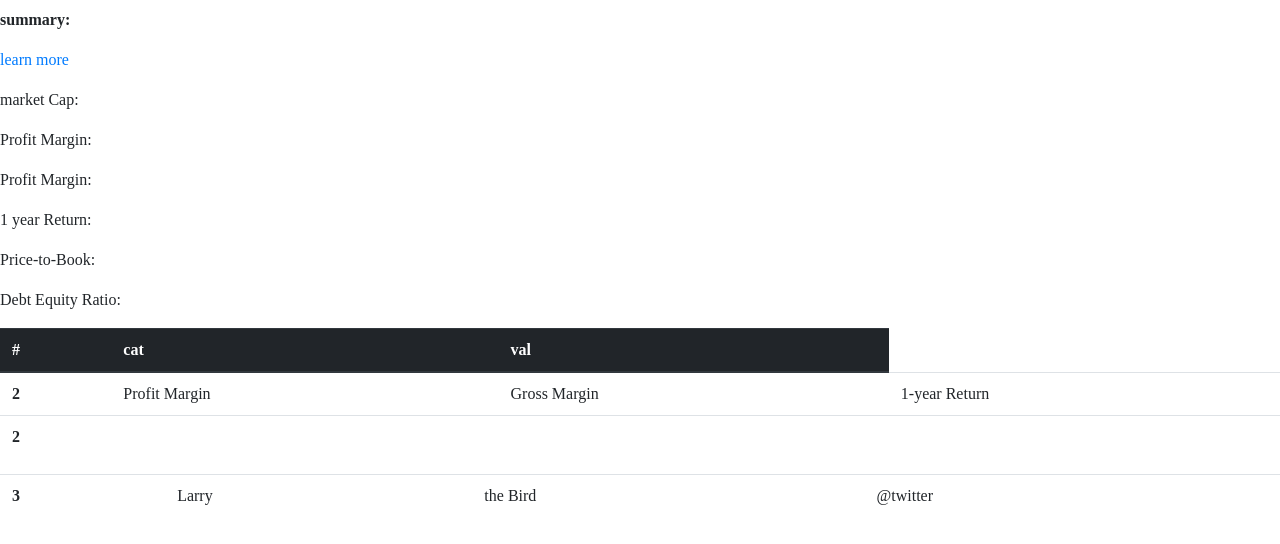
Repository: brendan12372/theSite
Page: topTen/templates/stocks/stock_detail.html
The author's editor kept a copy of each file at every save. The page is drawn from the files as they stood at one save, then again after the next save.
The browser window is 1280 px wide. The pictures show the whole page.
Some web libraries are served in a nearby version. The page is served by the project's application, run on Django 4.2 (manage.py). Other server files are loaded and not shown. The template is opened directly, without the code that normally fills it, so the values that code supplies are empty.

Above is the page before, as saved 2022-03-15 00:01:40.

### topTen/templates/stocks/stock_detail.html
{% load static %}
{{ static }}

<html lang="en">
  <head>
    <!-- Required meta tags -->
    <meta charset="utf-8">
    <meta name="viewport" content="width=device-width, initial-scale=1, shrink-to-fit=no">

    <!-- Bootstrap CSS -->
    <link rel="stylesheet" href="https://cdn.jsdelivr.net/npm/bootstrap@4.0.0/dist/css/bootstrap.min.css" integrity="sha384-Gn5384xqQ1aoWXA+058RXPxPg6fy4IWvTNh0E263XmFcJlSAwiGgFAW/dAiS6JXm" crossorigin="anonymous">
    <link rel="stylesheet" type="text/css" href="{% static 'topTen/style.css' %}"><!doctype html>

    <title>Hello, world!</title>
  </head>
  <body>

    <h1 class="display-3 text-center">{{ object.shortName }}</h1>
    <p class="text-start font-weight-bold"> summary:</p><p>{{ object.summary }}</p>
    <p>{{object.news}}<a href={{object.link}}>learn more</a> </p>

    <p>market Cap: {{ object.marketCap }}</p>


    <p>Profit Margin: {{ object.profitMargins }}</p>
    <p>Profit Margin: {{ object.grossMargins }}</p>
    <p>1 year Return: {{ object.yearReturn }}</p>
    <p>Price-to-Book: {{ object.PriceToBook}}</p>
    <p>Debt Equity Ratio: {{ object.debtEquityRatio}}</p>

    <table class="table">
      <thead class="thead-dark">
        <tr>
          <th scope="col">#</th>
          <th scope="col">cat</th>
          <th scope="col">val</th>
        </tr>
      </thead>
      <tbody>
        <tr>
          <th scope="row">2</th>
          <td>Profit Margin</td>
          <td>Gross Margin</td>
          <td>1-year Return</td>
        </tr>
        <tr>
          <th scope="row">2</th>
          <td>{{object.profitMargins}}</td>
          <td>{{object.grossMargins}}</td>
          <td>{{object.yearReturn}}</td>
        </tr>

      </tbody>
    </table>

    <table class="table">
      <thead class="thead-light">
      </thead>
      <tbody>


        <tr>
          <th scope="row">3</th>
          <td>Larry</td>
          <td>the Bird</td>
          <td>@twitter</td>
        </tr>
      </tbody>
    </table>


    <!-- Optional JavaScript -->
    <!-- jQuery first, then Popper.js, then Bootstrap JS -->
    <script src="https://code.jquery.com/jquery-3.2.1.slim.min.js" integrity="sha384-KJ3o2DKtIkvYIK3UENzmM7KCkRr/rE9/Qpg6aAZGJwFDMVNA/GpGFF93hXpG5KkN" crossorigin="anonymous"></script>
    <script src="https://cdn.jsdelivr.net/npm/popper.js@1.12.9/dist/umd/popper.min.js" integrity="sha384-ApNbgh9B+Y1QKtv3Rn7W3mgPxhU9K/ScQsAP7hUibX39j7fakFPskvXusvfa0b4Q" crossorigin="anonymous"></script>
    <script src="https://cdn.jsdelivr.net/npm/bootstrap@4.0.0/dist/js/bootstrap.min.js" integrity="sha384-JZR6Spejh4U02d8jOt6vLEHfe/JQGiRRSQQxSfFWpi1MquVdAyjUar5+76PVCmYl" crossorigin="anonymous"></script>
  </body>
</html>

### tutorial/urls.py
from django.urls import path, include
from django.contrib import admin

urlpatterns = [
path('admin/', admin.site.urls),
path('', include('stocks.urls')),
path('topTen/', include('topTen.urls')),

]

### stocks/urls.py
from django.urls import path
from stocks import views
from django.contrib import admin

urlpatterns = [
    # path('stocks/', views.stocks_list),
    path('', views.stocks_list2),
    path('<int:pk>/', views.stocks_detail),
    path('<str:sector>/<str:sortBy>/<str:dir>', views.stocks_list),
    path('sectors/<str:sortBy>/<str:dir>', views.sector_list),

]

### topTen/urls.py
from django.urls import path
from topTen import views
urlpatterns = [
    # path('front/', views.front_list),
    # path('front/<int:pk>/', views.stocks_detail),
    path('sector/', views.sector_view,name='sector'),
    path('home/', views.vTwo,name='sort'),
    path('',views.home,name='home'),
    path('<int:pk>/', views.detail.as_view(),name='detail'),


]

### topTen/static/topTen/style.css
 /* Navbar container */
 .theOptions{
  background-color:lightblue;
  text-align: left;
     padding-left: 10%;
}
 article{
margin-top:30px;
 }
 body{
          font-family: "Noto Serif Armenian Light";

 }
.Key{
    background-color: lightblue;
}

.theList{
  background-color:darkgrey;
  text-align: left;
  margin-top: 5px;
    font-family: "Times";
}
p{
         font-family: "Noto Serif Armenian Light";

}
 .navbar {
  overflow: hidden;
  background-color: darkgrey;
  font-family: 'Noto Serif Armenian Light';
     margin-bottom: 30px;
}
 body {
   background-color:'green'
 }

/* Links inside the navbar */
.navbar a {
  float: left;
  font-size: 16px;
  color: white;
  text-align: center;
  padding: 14px 16px;
  text-decoration: none;
}

/* The dropdown container */
.dropdown {
  float: left;
  overflow: hidden;
}

/* Dropdown button */
.dropdown .dropbtn {
  font-size: 16px;
  border: none;
  outline: none;
  color: white;
  padding: 14px 16px;
  background-color: inherit;
  font-family: inherit; /* Important for vertical align on mobile phones */
  margin: 0; /* Important for vertical align on mobile phones */
}

/* Add a red background color to navbar links on hover */
.navbar a:hover, .dropdown:hover .dropbtn {
  background-color: red;
}

/* Dropdown content (hidden by default) */
.dropdown-content {
  display: none;
  position: absolute;
  background-color: #f9f9f9;
  min-width: 160px;
  box-shadow: 0px 8px 16px 0px rgba(0,0,0,0.2);
  z-index: 1;
}

/* Links inside the dropdown */
.dropdown-content a {
  float: none;
  color: black;
  padding: 12px 16px;
  text-decoration: none;
  display: block;
  text-align: left;
}

/* Add a grey background color to dropdown links on hover */
.dropdown-content a:hover {
  background-color: #ddd;
}

/* Show the dropdown menu on hover */
.dropdown:hover .dropdown-content {
  display: block;
}
label {
  ;
}

After the next save:
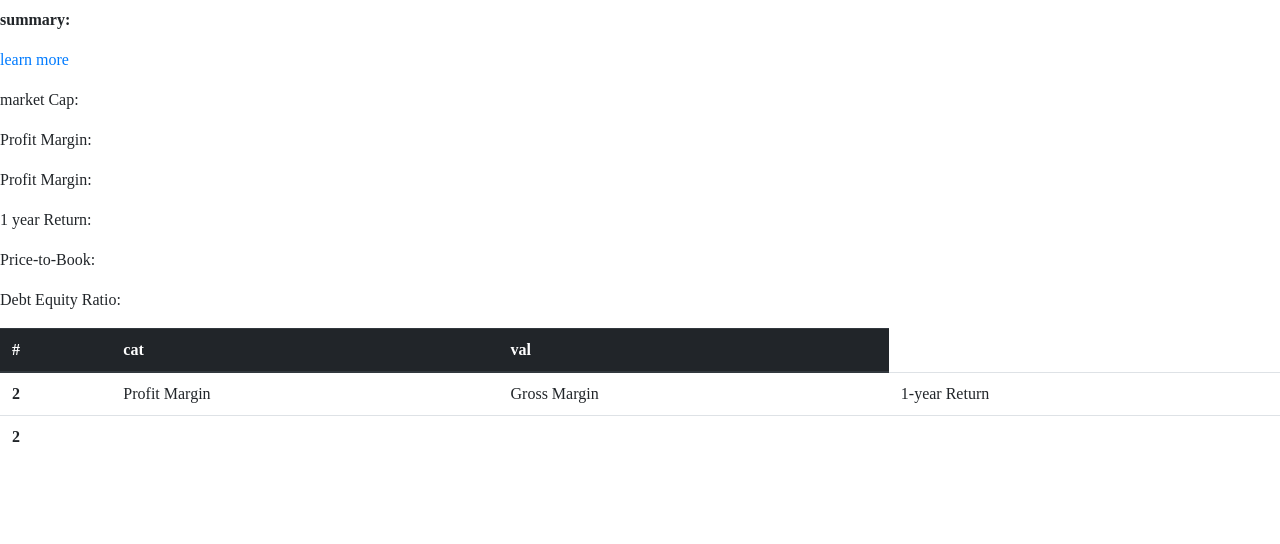
Saved 33 s later.
--- a/topTen/templates/stocks/stock_detail.html
+++ b/topTen/templates/stocks/stock_detail.html
@@ -53,20 +53,7 @@
       </tbody>
     </table>
 
-    <table class="table">
-      <thead class="thead-light">
-      </thead>
-      <tbody>
 
-
-        <tr>
-          <th scope="row">3</th>
-          <td>Larry</td>
-          <td>the Bird</td>
-          <td>@twitter</td>
-        </tr>
-      </tbody>
-    </table>
 
 
     <!-- Optional JavaScript -->
